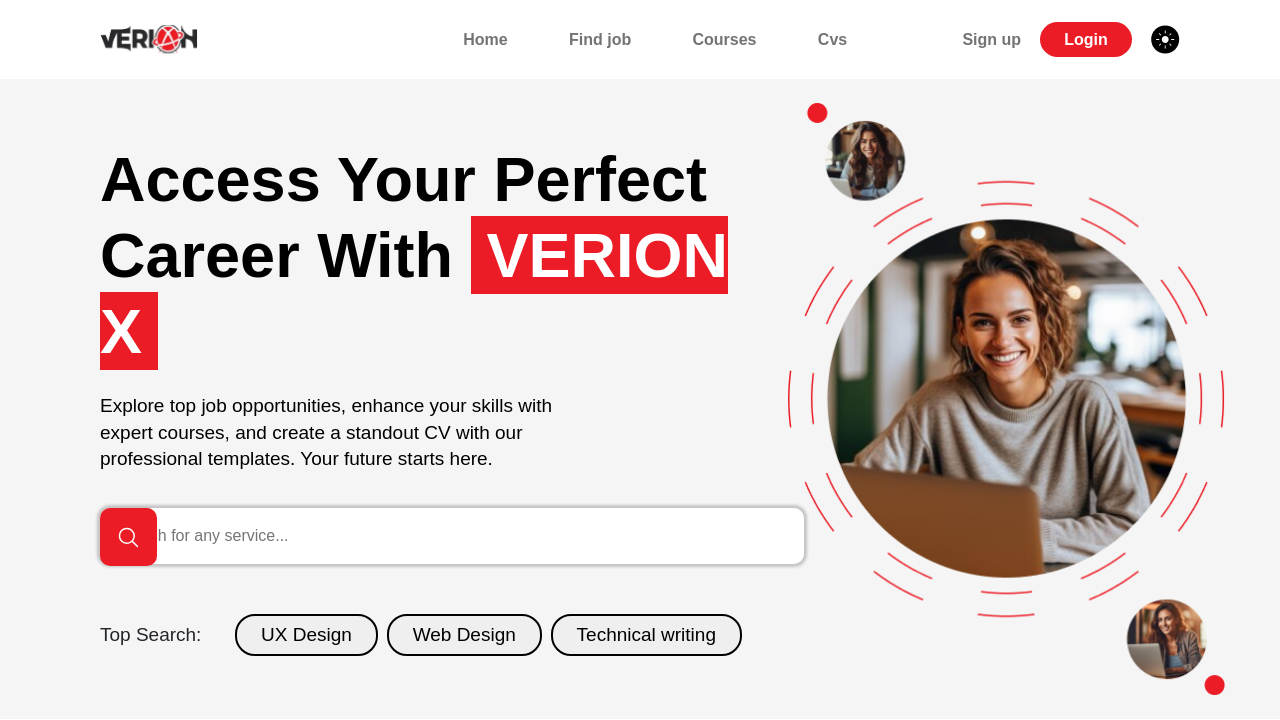
Repository: SahMenz/verionX
Page: /
An editor plug-in stored every save of this project. The page is shown before and after the next save, followed by the edit.
The browser window is 1280 px wide. The pictures show the whole page.
The project was rebuilt for these pictures with package versions that can differ from the ones it lists, and the page was loaded fresh each time. Also part of the build but not shown: vite.config.js.

Above is the page before, as saved 2024-06-14 16:16:34.

After the next save:
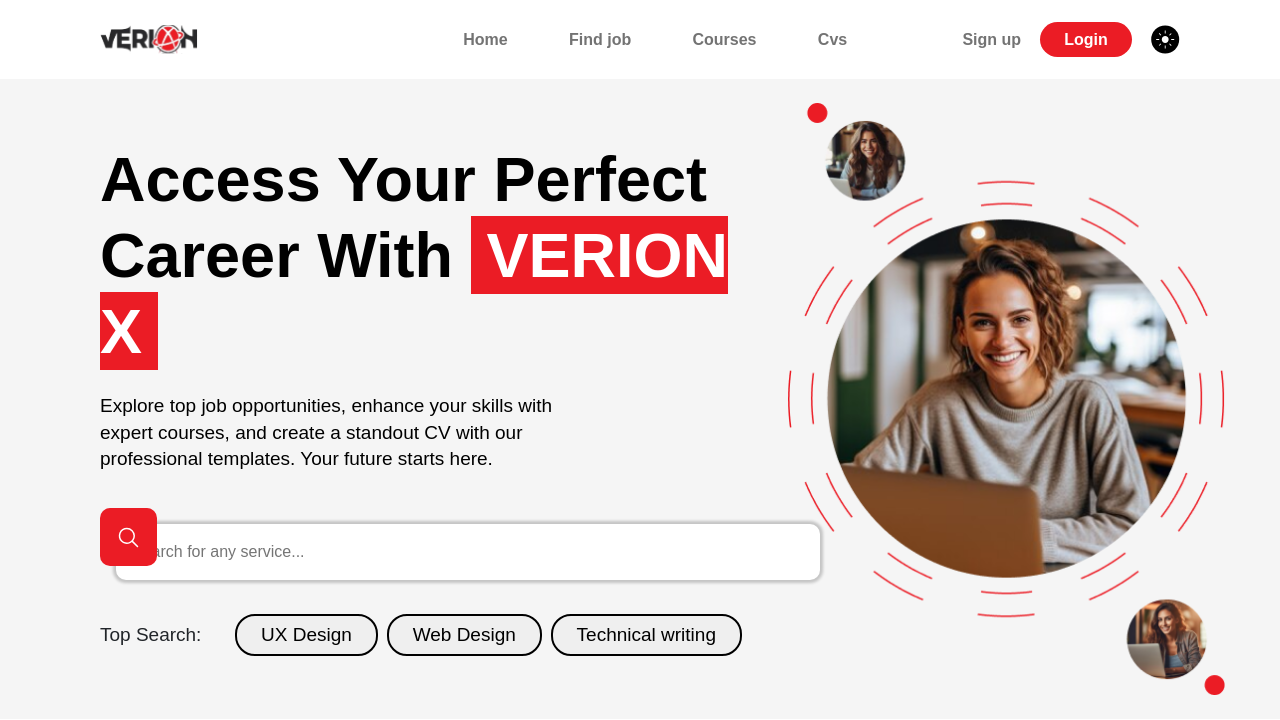
Saved 7 s later.
--- a/src/components/home/hero/hero.jsx
+++ b/src/components/home/hero/hero.jsx
@@ -10,7 +10,7 @@
                 Explore top job opportunities, enhance your skills with expert courses, and create a standout CV with our professional templates. Your future starts here.
             </div>
             <div className="search-container mb-5">
-                <input type="text" placeholder="Search for any service..."  style={{width:"55vw",maxWidth:"733px",position:'absolute',borderRadius:"10px", boxShadow: "0px 0px 3px 3px rgba(0, 0, 0, 0.2)"}} className='p-3 me-3'/>
+                <input type="text" placeholder="Search for any service..."  style={{width:"55vw",maxWidth:"733px",position:'absolute',borderRadius:"10px", boxShadow: "0px 0px 3px 3px rgba(0, 0, 0, 0.2)"}} className='p-3 m-3'/>
                 <button className="bg-eb p-3" style={{position:'relative', left:"0px", borderRadius:"10px", border:"none", }}><CustomSvg name="search"/></button>
             </div>
             <div className='d-none align-items-center justify-content-between d-md-flex'style={{width:"642px"}} >

After the save that followed:
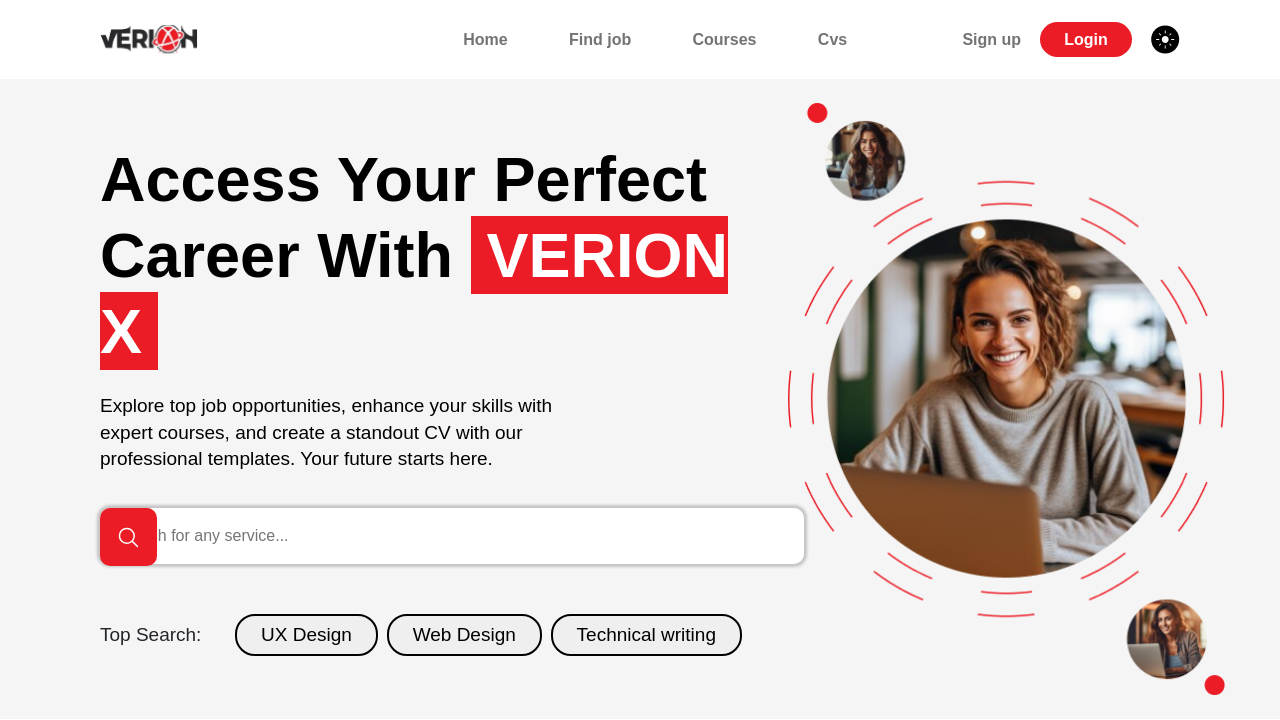
Saved 25 s later.
--- a/src/components/home/hero/hero.jsx
+++ b/src/components/home/hero/hero.jsx
@@ -10,7 +10,7 @@
                 Explore top job opportunities, enhance your skills with expert courses, and create a standout CV with our professional templates. Your future starts here.
             </div>
             <div className="search-container mb-5">
-                <input type="text" placeholder="Search for any service..."  style={{width:"55vw",maxWidth:"733px",position:'absolute',borderRadius:"10px", boxShadow: "0px 0px 3px 3px rgba(0, 0, 0, 0.2)"}} className='p-3 m-3'/>
+                <input type="text" placeholder="Search for any service..."  style={{width:"55vw",maxWidth:"733px",position:'absolute',borderRadius:"10px", boxShadow: "0px 0px 3px 3px rgba(0, 0, 0, 0.2)"}} className='p-3'/>
                 <button className="bg-eb p-3" style={{position:'relative', left:"0px", borderRadius:"10px", border:"none", }}><CustomSvg name="search"/></button>
             </div>
             <div className='d-none align-items-center justify-content-between d-md-flex'style={{width:"642px"}} >
